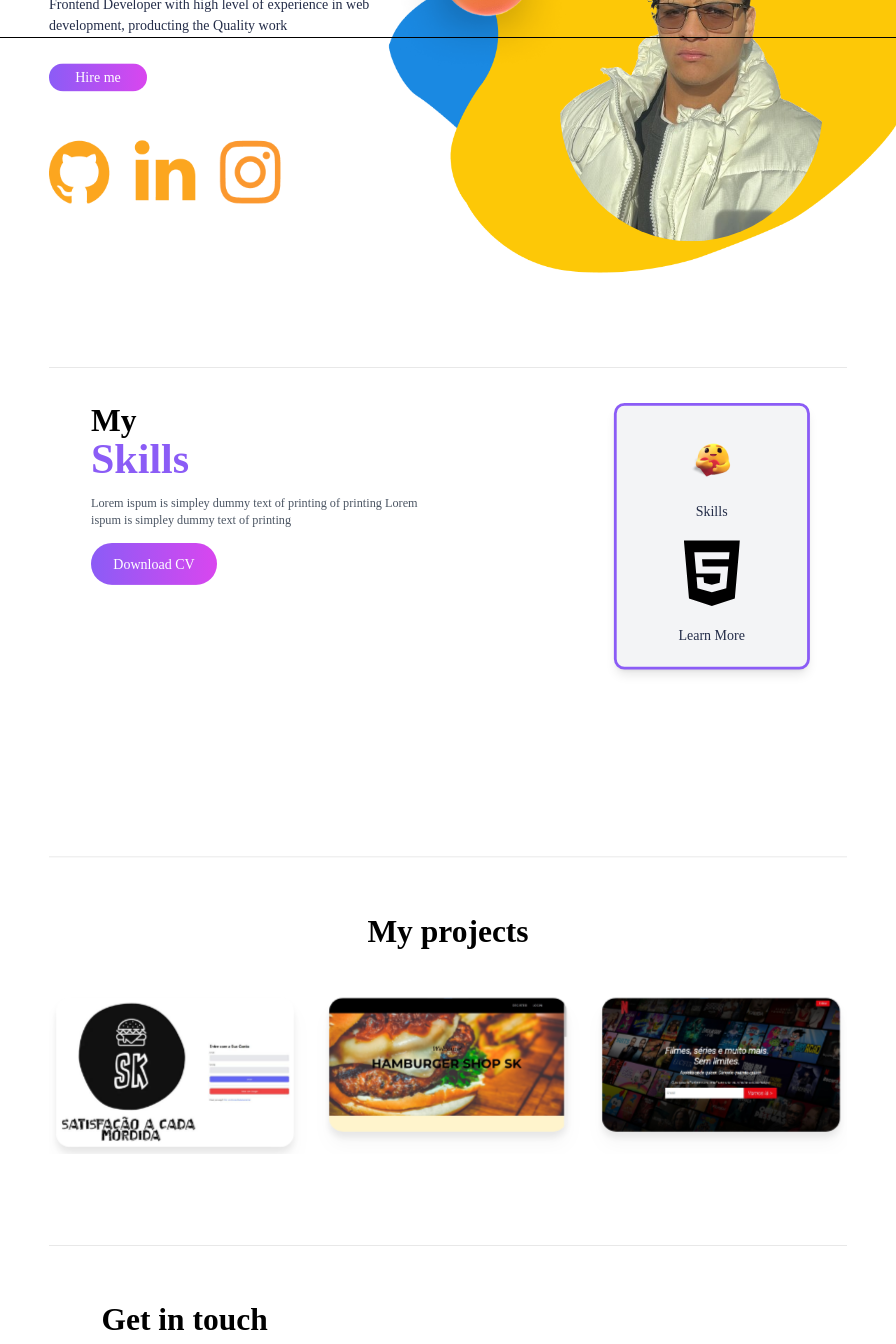
Repository: KennedyWanderson/portfolio
Page: /
The author's editor kept a copy of each file at every save. The page is drawn from the files as they stood at one save, then again after a run of saves.
The browser window is 1280 px wide. The pictures show the part of the page from y = 311 to 2231 px (the page is 3240 px tall), at 70% of full size.
Some web fonts or font styles are not loaded; a fallback is used. The project was rebuilt for these pictures with package versions that can differ from the ones it lists, and the page was loaded fresh each time. Imported but missing from the stored project, and not drawn on this page: src/Components/Services/Kennedy_CV.pdf.

Above is the page before, as saved 2024-01-26 12:25:49.

### public/index.html
<!DOCTYPE html>
<html lang="en">
  <head>
    <meta charset="utf-8" />
    <link rel="icon" href="%PUBLIC_URL%/favicon.ico" />
    <meta name="viewport" content="width=device-width, initial-scale=1" />
    <meta name="theme-color" content="#000000" />
    <meta
      name="description"
      content="Web site created using create-react-app"
    />

    <style>
      @font-face{
        font-family: Gumela;
        src: url('../src/fonts/*');
      }

      *{
        font-family: 'Gumela';
        font-weight: normal;
        font-size: 20px;
      }
      body{
        margin: 0;
      }
    </style>
    <link rel="apple-touch-icon" href="%PUBLIC_URL%/logo192.png" />
    <!--
      manifest.json provides metadata used when your web app is installed on a
      user's mobile device or desktop. See https://developers.google.com/web/fundamentals/web-app-manifest/
    -->
    <link rel="manifest" href="%PUBLIC_URL%/manifest.json" />
    <!--
      Notice the use of %PUBLIC_URL% in the tags above.
      It will be replaced with the URL of the `public` folder during the build.
      Only files inside the `public` folder can be referenced from the HTML.

      Unlike "/favicon.ico" or "favicon.ico", "%PUBLIC_URL%/favicon.ico" will
      work correctly both with client-side routing and a non-root public URL.
      Learn how to configure a non-root public URL by running `npm run build`.
    -->
    <title>React App</title>
  </head>
  <body>
    <noscript>You need to enable JavaScript to run this app.</noscript>
    <div id="root"></div>
    <!--
      This HTML file is a template.
      If you open it directly in the browser, you will see an empty page.

      You can add webfonts, meta tags, or analytics to this file.
      The build step will place the bundled scripts into the <body> tag.

      To begin the development, run `npm start` or `yarn start`.
      To create a production bundle, use `npm run build` or `yarn build`.
    -->
  </body>
</html>

### src/index.js
import React from 'react';
import ReactDOM from 'react-dom/client';
import './index.css';
import App from './App';
import reportWebVitals from './reportWebVitals';
import { ThemeProvider } from './Context';

const root = ReactDOM.createRoot(document.getElementById('root'));
root.render(
  <ThemeProvider>
    <App />
  </ThemeProvider>

);

// If you want to start measuring performance in your app, pass a function
// to log results (for example: reportWebVitals(console.log))
// or send to an analytics endpoint. Learn more: https://bit.ly/CRA-vitals
reportWebVitals();

### src/index.css
@import 'tailwindcss/base';
@import 'tailwindcss/components';
@import 'tailwindcss/utilities';

:root
{
  --yellow: #F5C32C;
    --orange : #FCA61F;
    --black : #242D49;
    --gray : #788097;
    --blueCard : #DDF8FE;
    --purple: rgb(238 210 255);
    --boxShadow : 0px 19px 60px rgb(0 0 0 / 8%);
    --orangeCard: rgba(252, 166, 31, 0.45);
    --smboxShadow: -79px 51px 60px rgba(0, 0, 0, 0.08);
}

.App{
    overflow: hidden;
    color: var(--black);
}

### src/App.js
import './App.css';
import './index.css'
import Navbar from './Components/Navbar/Navbar';
import About from './Components/About/About';
import Services from './Components/Services/Services';
import Portfolio from './Components/Portfolio/Portfolio';
import Contact from './Components/Contact/Contact';
import Footer from './Components/Footer/Footer';
import { useContext } from 'react';
import { themeContext } from './Context';
import { Divider } from '@mui/material';

function App() {
  const theme = useContext(themeContext)
  const darkMode = theme.state.darkMode;

  return (
    <>
    <div className="App"
    style={{
      background: darkMode? 'black': '',
      color: darkMode? 'white': ''
    }}>

      <Navbar />
      <About />
      <Divider />
      <Services />
      <Divider />
      <Portfolio />
      <Divider />
      <Contact />
    </div>
    <div style={{
      background: darkMode? 'black': '',
      color: darkMode? 'white': ''
    }}>

      <Footer />
    </div>

    </>
  );
}

export default App;

### src/Context.js
import { createContext, useReducer } from "react";

export const themeContext = createContext();

const initialState = {darkMode: false};

const themeReducer = (state, action) => {

    switch(action.type){
        case 'toggle':
            return{darkMode : !state.darkMode};

        default:
            return state;
    }
}
    export const ThemeProvider = (props) => {
        const [state, dispatch] = useReducer(themeReducer, initialState);
        return (
            <themeContext.Provider value={{state, dispatch}}>
                {props.children}
            </themeContext.Provider>
        );
};

### src/App.css
@import 'tailwindcss/base';
@import 'tailwindcss/components';
@import 'tailwindcss/utilities';

:root
{
  --yellow: #F5C32C;
    --orange : #FCA61F;
    --black : #242D49;
    --gray : #788097;
    --blueCard : #DDF8FE;
    --purple: rgb(238 210 255);
    --boxShadow : 0px 19px 60px rgb(0 0 0 / 8%);
    --orangeCard: rgba(252, 166, 31, 0.45);
    --smboxShadow: -79px 51px 60px rgba(0, 0, 0, 0.08);
}

.App{
    padding: 0.5rem 3.5rem;
    overflow: hidden;
    color: var(--black);
}

.button{
  border-radius: 34px;
  border: none;
  color: white;
  font-size: 16px;
  padding: 10px;
}

@media screen and (max-width: 480px) {
    .App{
      padding: 0.5rem 1rem;
    }
}

### src/Components/Navbar/Navbar.jsx
import React from "react";
import Toggle from "../Toggle/Toggle";
import { Link } from 'react-scroll';

const Navbar = () => {
    return (
        <div className="lg:h-[10vh] flex flex-col lg:flex-row justify-between">
            <div className="flex-1 flex items-center gap-8">
                <div className="text-2xl font-bold">Kennedy</div>
                <Toggle />
            </div>
            <div className="lg:flex hidden flex-1 items-center justify-center font-normal">
                <div className="flex-grow-10">
                    <ul className="lg:flex hidden gap-8 mr-32 hover:cursor-grab">
                        <Link spy={true} to='Navbar' smooth={true}>
                            <li className="hover:text-orange-500">Home</li>
                        </Link>
                        <Link spy={true} to='About' smooth={true}>
                            <li className="hover:text-orange-500">About</li>
                        </Link>
                        <Link spy={true} to='Projects' smooth={true}>
                            <li className="hover:text-orange-500">Projects</li>
                        </Link>
                    </ul>
                </div>
                <button className=" rounded-3xl border-none text-white text-base pt-3 p-3 pr-6 pl-6 bg-gradient-to-r from-violet-500 to-fuchsia-500
                hover:cursor-grab bg-white hover:text-orange-500
                ">Contact</button>
            </div>
        </div>
    );
}

export default Navbar;

### src/Components/About/About.jsx
import React, { useContext } from "react";
import Github from '../../img/github.png'
import Instagram from '../../img/instagram.png'
import Linkedin from '../../img/linkedin.png'
import Profile from '../../img/eu.png'
import './About.css'
import Vector1 from '../../img/Vector1.png'
import Vector2 from '../../img/Vector2.png'
import { themeContext } from "../../Context";
import {motion} from 'framer-motion'
import glassesemoji from '../../img/glassesimoji.png'


const About = () => {

    const transition = {duration: 2, type: 'spring'}

    const theme = useContext(themeContext);
    const darkMode = theme.state.darkMode;

    return (
        <div className="lg:flex lg:flex-row flex-col h-[77vh] my-20 about">
            <div className="flex flex-col relative flex-1 gap-8">
                <div className="flex flex-col ">
                    <span style={{color: darkMode? 'white': ''}} className="text-black font-bold text-5xl">Hi! I am</span>
                    <span className="text-violet-500 font-bold text-5xl">Kennedy Wanderson</span>
                    <span>Frontend Developer with high level of experience
                        in web development, producting the Quality work                   </span>
                </div>
                <button className="rounded-3xl	border-none	text-white text-base pt-3 p-3 pr-6 pl-6 bg-gradient-to-r from-violet-500 to-fuchsia-500
                hover:cursor-grab bg-white hover:text-orange-500 w-28 h-8 flex justify-center items-center">Hire me</button>
                <div className="mt-6 flex gap-7 hover:cursor-grab left">
                    <a href="https://github.com/KennedyWanderson">
                        <img src={Github} alt="" />
                    </a>
                    <a href="https://www.linkedin.com/in/kennedy-wanderson/">
                        <img src={Linkedin} alt="" />
                    </a>
                    <a href="https://www.instagram.com/_dev.kennedy/">
                        <img src={Instagram} alt="" />
                    </a>
                </div>
            </div>
            <div className="i-right">
                <img src={Vector1} alt="" />
                <img src={Vector2} alt="" />
                <img className="rounded-full" src={Profile} alt="" />
                <motion.img
                initial={{left: '-46%'}}
                whileInView={{left: '-14%'}}
                transition={transition}
                src={glassesemoji} alt="" />
            </div>
        </div>
    )
}

export default About;

### src/Components/Services/Services.jsx
import React, { useContext } from "react";
import HeartEmoji from '../../img/heartemoji.png'
import Card from "../Card/Card";
import Resume from './Kennedy_CV.pdf'
import './Services.css'
import { themeContext } from "../../Context";
import { motion } from 'framer-motion'
import ReactIimg from '../../img/react.svg'
import HtmlImg from '../../img/html5.svg'

const Services = () => {

    const theme = useContext(themeContext);
    const darkMode = theme.state.darkMode;

    return (

        <div className="pt-0 pb-12 pr-3 pl-12 flex h-[90vh] mt-10 services" id="About">
            <div className="flex flex-col relative">
                <span style={{ color: darkMode ? 'white' : '' }} className="text-black text-4xl font-bold">My </span>
                <span className="text-violet-500 font-bold text-5xl">Skills</span>
                <spane style={{ color: darkMode ? 'white' : '' }} className="text-gray-600 text-sm mt-4">Lorem ispum is simpley dummy text of printing of printing Lorem

                    <br />
                    ispum is simpley dummy text of printing
                </spane>
                <a href={Resume} download>
                    <button className="rounded-3xl	border-none	text-white text-base pt-3 p-3 pr-6 pl-6 bg-gradient-to-r from-violet-500 to-fuchsia-500
                    hover:cursor-grab bg-white hover:text-orange-500 w-36 mt-4">Download CV</button>
                </a>
            </div>
            <div className="relative sm:flex lg:block cards gap-17rem">
                <div className="flex left-56 absolute sm:static lg:absolute">
                    <Card
                        emoji={HeartEmoji}
                        heading={'Skills'}
                        detail={[HtmlImg, ]}
                    />
                </div>
                <motion.div
                    initial={{ rotate: 45 }}
                    whileInView={{ rotate: 0 }}
                    viewport={{ margin: '-40px' }}
                    transition={{ duration: 3.5, type: 'spriing' }}
                >
                    <div>
                        <img src={[ReactIimg, ReactIimg]} alt="" />
                    </div>
                    <div>

                    </div>
                    <div>

                    </div>
                    <div>

                    </div>

                </motion.div>
            </div>
        </div>
    )
}

export default Services;

### src/Components/Portfolio/Portfolio.jsx
import React, { useContext } from "react";
import {Swiper, SwiperSlide} from 'swiper/react'
import 'swiper/css'
import Admin from '../../img/admin.jpeg'
import Movie from '../../img/movie.jpeg'
import Netflix from '../../img/netflix.jpeg'
import { themeContext } from "../../Context";
import Burguer from '../../img/burguer.jpeg'

const Portfolio = () => {
    const theme = useContext(themeContext);
    const darkMode = theme.state.darkMode;

    return(
        <div className="flex flex-col items-center justify-center h-[70vh] mb-10" id="Projects">
            <span style={{color: darkMode? 'white': ''}} className="text-black font-bold text-4xl">My projects</span>


            <Swiper spaceBetween={30}
            slidesPerView={3}
            grabCursor={true}
            className="overflow-visible w-full mt-12">
                <SwiperSlide className="w-80 p-2">
                    <img className="w-72 drop-shadow-xl rounded-2xl"  src={Admin} alt="" />
                </SwiperSlide>
                <SwiperSlide className="w-80 p-2">
                    <img className="w-72 drop-shadow-xl rounded-2xl" src={Burguer} alt="" />
                </SwiperSlide>
                <SwiperSlide className="w-80 p-2">
                    <img className="w-72 drop-shadow-xl rounded-2xl"  src={Netflix} alt="" />
                </SwiperSlide>
                <SwiperSlide className="w-80 p-2">
                    <img className="w-72 drop-shadow-xl rounded-2xl" src={Movie} alt="" />
                </SwiperSlide>
            </Swiper>
        </div>
    )
}

export default Portfolio;

### src/Components/Contact/Contact.jsx
import React, { useContext, useState } from "react";
import { useRef } from 'react';
import emailjs from '@emailjs/browser';
import { themeContext } from "../../Context";

const Contact = () => {

    const theme = useContext(themeContext);
    const darkMode = theme.state.darkMode;

  const form = useRef();

  const [done, setDone] = useState(false)

  const sendEmail = (e) => {
    e.preventDefault();

    emailjs.sendForm('service_nloztkk', 'template_w0nf8e5', form.current, 'l4pVECB3jFJ-edbZo')
      .then((result) => {
          console.log(result.text);
          setDone(true)
      }, (error) => {
          console.log(error.text);
      });
  };

    return(
        <div className="lg:flex flex-col m-3 pt-0 pr-12 pb-0 pl-12 mt-16 flex h-[80vh]">
            <div>
                <div className="flex flex-col">
                    <span style={{color: darkMode? 'white': ''}} className="text-black font-bold text-4xl">Get in touch</span>
                    <span className="text-violet-500 font-bold text-5xl">Contact me</span>
                </div>
            </div>

            <div className="flex justify-center relative flex-1">
                <form ref={form} onSubmit={sendEmail} className="flex flex-col gap-8 items-center" action="">
                    <input type="text" name="user_name" className=" w-80 h-8 p-2 outline-none border-2 border-violet-500 rounded-lg text-base" placeholder="Name" />
                    <input type="email" name="user_email" className="w-80 h-8 p-2 outline-none border-2 border-violet-500 rounded-lg text-base" placeholder="Email" />
                    <textarea  name="message" className="h-16 w-80 p-2 outline-none border-2 border-violet-500 rounded-lg text-base" placeholder="Message" />
                    <input type="submit" value="Send" className="rounded-3xl border-none text-white text-base pt-3 p-3 pr-6 pl-6 bg-gradient-to-r from-violet-500 to-fuchsia-500
                    hover:cursor-grab bg-white hover:text-orange-500 w-32 mt-4" />
                    <span className="text-center text-green-500 font-bold text-xl">{done && "Thanks for contacting me!"}</span>
                </form>
            </div>
        </div>
    )
}

export default Contact;

### src/Components/Footer/Footer.jsx
import React from "react";
import Wave from '../../img/wave.png'
import Insta from '@iconscout/react-unicons/icons/uil-instagram'
import Git from '@iconscout/react-unicons/icons/uil-github'
import Linkedin from '@iconscout/react-unicons/icons/uil-linkedin'

const Footer = () => {
    return(
        <div className=" flex items-center mt-[-0.5rem] mb-[-3.5rem] relative">
            <img src={Wave} alt="" style={{width: '100%'}}/>
            <div className="sm:scale-50 flex flex-col items-center justify-center absolute w-full mt-16 gap-16 text-white">
                <span>devprogrammer.wiz@gmail.com</span>
                <div className="flex gap-8">
                    <Insta color='white' size='3rem' />
                    <Git color='white' size='3rem' />
                    <Linkedin color='white' size='3rem' />
                </div>
            </div>
        </div>
    )
}

export default Footer;

### src/Components/Toggle/Toggle.jsx
import React, { useContext } from "react";
import Sun from '@iconscout/react-unicons/icons/uil-sun'
import Moon from '@iconscout/react-unicons/icons/uil-moon'
import { themeContext } from "../../Context";

const Toggle = () => {

    const theme = useContext(themeContext);
    const darkMode = theme.state.darkMode;
    const handleClick = () => {
        theme.dispatch({type: 'toggle'})
    }

    return (
        <div onClick={handleClick} className="flex items-center justify-between rounded-full m-1 border-2 border-violet-500 relative cursor-grab
        w-14 h-7 text-violet-500">
                <Moon />
                <Sun />
            <div className="rounded-full p-[6.5px] absolute bg-violet-500 border-4 border-violet-500"
                style = {darkMode? {left: '2px'} : {right : '2px'}}>
            </div>
        </div>
    )
}

export default Toggle;

### src/Components/About/About.css
.i-right{
    flex: 1;
    position: relative;
}

.i-right>*{
    position: absolute;
    z-index: 1;
}

.i-right>:nth-child(1){
    transform: scale(1.2);
    left: -5%;
    top: -9%;
}
    .i-right>:nth-child(2){
        top: -4.6%;
        transform: scale(1.2);
        left: 3rem;
    }
    .i-right>:nth-child(3){
    transform: scale(1.0);
    left: 28%;
}

@media screen and (max-width: 480px){
    .about {
    flex-direction: column;
    gap: 8rem;
    height: 50rem;
  }

  .left{

    margin-bottom: 50px;
    gap: 4rem;
  }

  .i-right>:nth-child(1){
    transform: scale(0.8);
    left: 0%;
    top: 0%;
}
    .i-right>:nth-child(2){
        transform: scale(0.8);
        left: 0rem;
    }
    .i-right>:nth-child(3){
    transform: scale(0.6);
    left: 0%;

}
.i-right>:nth-child(4){
    transform: scale(0.5);
}
}

### src/Components/Card/Card.jsx
import React from "react";
import '../../App.css'

const Card = ({ emoji, heading, detail }) => {
    return (
        <div className="card w-56 absolute flex flex-col gap-4 items-center text-center bg-gray-100
        rounded-xl border-4 border-violet-500 shadow-lg pt-0 pr-7 pb-6 pl-7">
            <img className="scale-50 mb-[-2rem]" src={emoji} alt="" />
            <span>{heading}</span>
            <div className="images-container">
                {detail.map((img, index) => (
                    <img key={index} className="flex text-gray-500 text-base w-16" src={img} alt={`Image ${index + 1}`} />
                ))}
            </div>
            <button>Learn More</button>
        </div>
    )
}

export default Card;

### src/Components/Services/Services.css
@media screen and (max-width: 480px) {
    .services {
      margin-top: 0;
      flex-direction: column;
      gap: 5rem;
      height: 66rem;
      padding: 0;
    }

    .cards {
      display: flex;
      flex-direction: column;
      gap: 17rem;
    }
    .cards > * {
      position: static;
    }
  }

Loaded but not shown: src/reportWebVitals.js (common file); tailwind.config.js (common file)

After the next 2 saves:
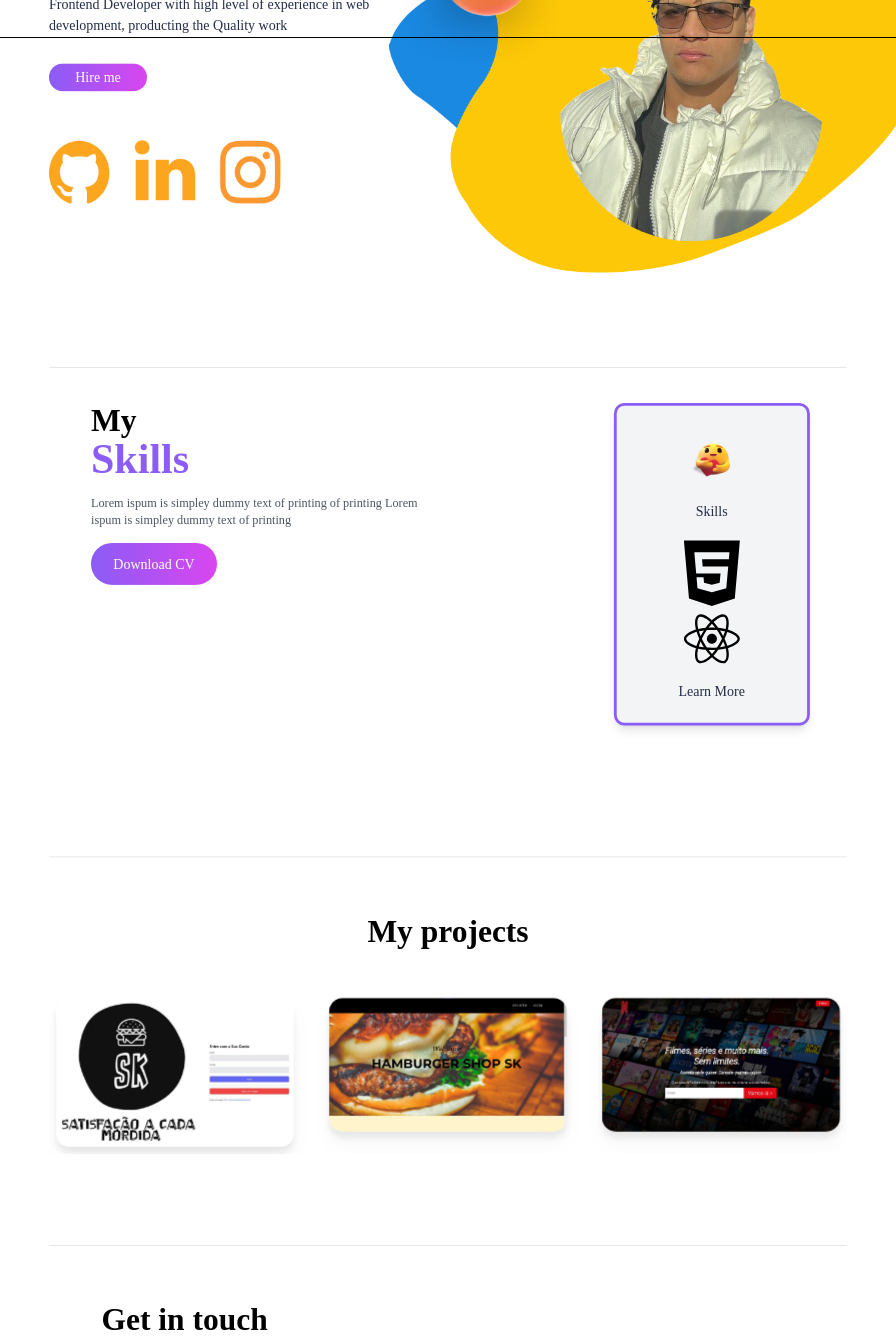
The 2 saves are shown as one change because they came seconds apart.
The last was saved 7 s later.
--- a/src/Components/Services/Services.jsx
+++ b/src/Components/Services/Services.jsx
@@ -34,7 +34,7 @@ const Services = () => {
                     <Card
                         emoji={HeartEmoji}
                         heading={'Skills'}
-                        detail={[HtmlImg, ]}
+                        detail={[HtmlImg, ReactIimg]}
                     />
                 </div>
                 <motion.div
